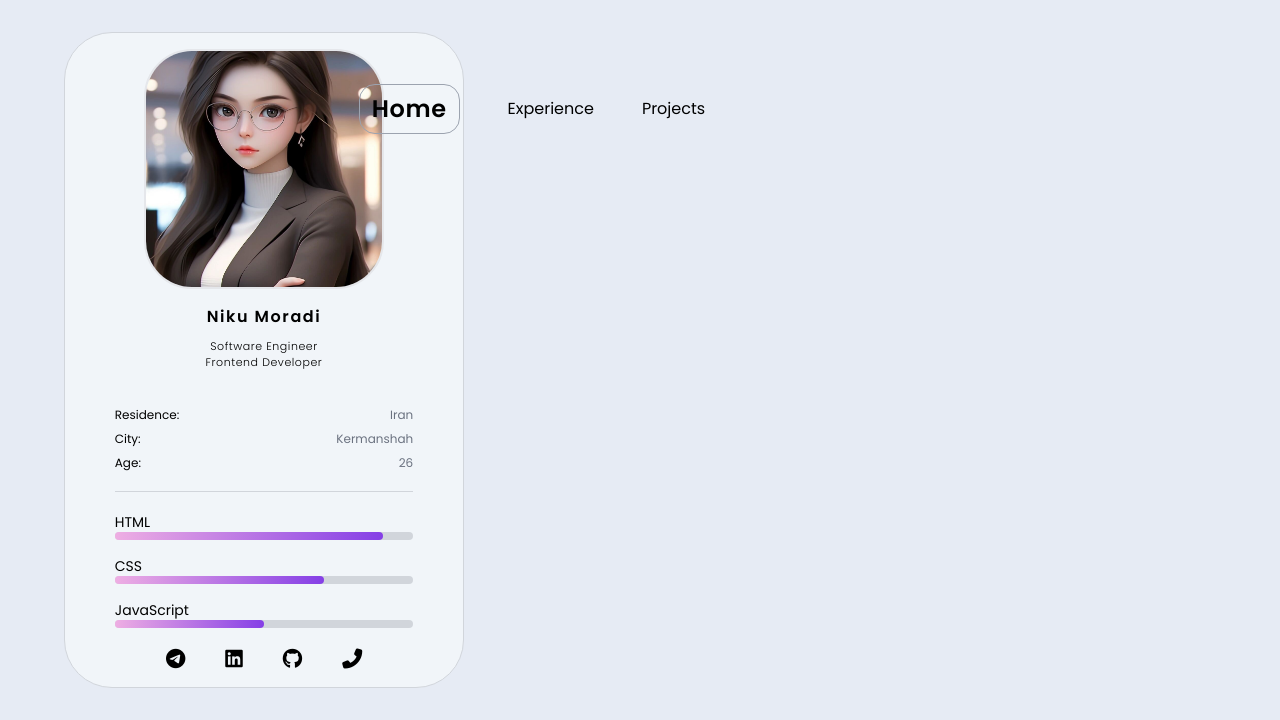
Repository: NikuMoradi/niku-moradi
Page: /
The author's editor kept a copy of each file at every save. The page is drawn from the files as they stood at one save, then again after the next save.
The browser window is 1280 px wide. The pictures show the whole page.
The project was rebuilt for these pictures with package versions that can differ from the ones it lists, and the page was loaded fresh each time. The framework's server and built-in components were replaced by stand-ins that run in the browser. Also part of the build but not shown: nuxt.config.ts, components/Blog Posts/Component-Design.vue, components/Blog.vue, components/Contact.vue, components/Education.vue, components/Experience.vue, components/Hero.vue, components/Menu.vue and 3 more.

Above is the page before, as saved 2024-12-01 11:28:41.

### assets/css/main.css
@tailwind base;
@tailwind components;
@tailwind utilities;
@layer base {
  body {
    background-color: #e6ebf4;
  }
}

@layer utilities {
  .bg-primary-gradient {
    background: linear-gradient(
      90deg,
      rgba(238, 174, 227, 1) 0%,
      rgb(133, 63, 230) 100%
    );
  }

  .text-primary-gradient {
    background: linear-gradient(
      90deg,
      rgba(238, 174, 227, 1) 0%,
      rgb(133, 63, 230) 100%
    );
  }
}

### components/LeftPanel.vue
<template>
  <div
    class="text-black w-[400px] flex flex-col items-center bg-slate-100 border border-gray-300 rounded-4xl"
    style="height: calc(100vh - 4rem)"
  >
    <!-- Header-->
    <div class="w-full py-4 flex flex-col items-center justify-center">
      <img
        src="../assets/img/photo_2024-11-28_10-37-05.jpg"
        alt="Profile Picture"
        class="w-60 h-60 mb-5 border-2 object-cover object-center rounded-4xl"
      />
      <h2
        class="text-[16px] font-semibold tracking-widest leading-[16.8px] mb-3"
      >
        Niku Moradi
      </h2>
      <p class="text-[11px] font-light tracking-wider leading-[16.5px]">
        Software Engineer
      </p>
      <p class="text-[11px] font-light tracking-wider leading-[16.5px]">
        Frontend Developer
      </p>
    </div>

    <!-- middle -->
    <div class="w-3/4 flex flex-col overflow-y-auto scrollbar-hide">
      <!-- table -->
      <div class="py-5 text-xs border-b border-gray-300 mb-5">
        <ul class="space-y-2">
          <li class="flex justify-between">
            <h6>Residence:</h6>
            <span class="text-gray-500">Iran</span>
          </li>
          <li class="flex justify-between">
            <h6>City:</h6>
            <span class="text-gray-500">Kermanshah</span>
          </li>
          <li class="flex justify-between">
            <h6>Age:</h6>
            <span class="text-gray-500">26</span>
          </li>
        </ul>
      </div>
      <!-- Skill Bars -->
      <div class="space-y-4 pb-5 border-b border-gray-300 mb-5">
        <div>
          <label class="block text-sm">HTML</label>
          <div class="w-full bg-gray-300 h-2 rounded-full">
            <div class="bg-primary-gradient h-2 rounded-full w-[90%]"></div>
          </div>
        </div>
        <div>
          <label class="block text-sm">CSS</label>
          <div class="w-full bg-gray-300 h-2 rounded-full">
            <div class="bg-primary-gradient h-2 rounded-full w-[70%]"></div>
          </div>
        </div>
        <div>
          <label class="block text-sm">JavaScript</label>
          <div class="w-full bg-gray-300 h-2 rounded-full">
            <div class="bg-primary-gradient h-2 rounded-full w-[50%]"></div>
          </div>
        </div>
        <div>
          <label class="block text-sm">Vue.js</label>
          <div class="w-full bg-gray-300 h-2 rounded-full">
            <div class="bg-primary-gradient h-2 rounded-full w-[50%]"></div>
          </div>
        </div>
        <div>
          <label class="block text-sm">Nuxt.js</label>
          <div class="w-full bg-gray-300 h-2 rounded-full">
            <div class="bg-primary-gradient h-2 rounded-full w-[40%]"></div>
          </div>
        </div>
        <div>
          <label class="block text-sm">Quasar</label>
          <div class="w-full bg-gray-300 h-2 rounded-full">
            <div class="bg-primary-gradient h-2 rounded-full w-[70%]"></div>
          </div>
        </div>
        <div>
          <label class="block text-sm">Tailwind</label>
          <div class="w-full bg-gray-300 h-2 rounded-full">
            <div class="bg-primary-gradient h-2 rounded-full w-[60%]"></div>
          </div>
        </div>
      </div>
      <!-- General Skills -->
      <ul
        class="text-gray-500 text-[11px] font-light tracking-wider space-y-2 mb-5"
      >
        <li class="flex items-center">
          <i class="fas fa-check fa-xs text-fuchsia-600 mr-2"></i>
          English Level B2
        </li>
        <li class="flex items-center">
          <i class="fas fa-check fa-xs text-fuchsia-600 mr-2"></i>
          Git Knowledge
        </li>
        <li class="flex items-center">
          <i class="fas fa-check fa-xs text-fuchsia-600 mr-2"></i>
          Design Patterns
        </li>
      </ul>
    </div>

    <!-- Social Links -->
    <div class="w-full py-4 text-center mt-auto">
      <div class="space-x-10">
        <a
          href="https://t.me/yourusername"
          target="_blank"
          class="hover:text-blue-400"
        >
          <i class="fab fa-telegram fa-lg"></i>
        </a>
        <a
          href="https://linkedin.com/in/yourusername"
          target="_blank"
          class="hover:text-blue-600"
        >
          <i class="fab fa-linkedin fa-lg"></i>
        </a>
        <a
          href="https://github.com/yourusername"
          target="_blank"
          class="hover:text-gray-700"
        >
          <i class="fab fa-github fa-lg"></i>
        </a>
        <a href="tel:+1234567890" class="hover:text-green-400">
          <i class="fas fa-phone-alt fa-lg"></i>
        </a>
      </div>
    </div>
  </div>
</template>

### components/Navbar.vue
<template>
  <div
    class="flex items-center px-3 py-1 space-x-12 fixed top-20 right-20 w-2/3"
  >
    <!-- About -->
    <div
      class="py-2 px-3 border border-gray-400 rounded-2xl font-semibold tracking-wide text-2xl"
    >
      <NuxtLink to="/about"> Home </NuxtLink>
    </div>

    <!-- Experience -->
    <NuxtLink to="/experience"> Experience </NuxtLink>

    <!-- Projects -->
    <NuxtLink to="/projects"> Projects </NuxtLink>

    <!-- Blog -->
  </div>
</template>

### layouts/default.vue
<template>
  <div class="w-6xl min-h-screen flex items-center px-16">
    <LeftPanel />
    <Navbar />
    <!-- Fixed Width Centered Card -->
    <!-- <div
      class="w-full max-w-5xl overflow-hidden z-10"
      style="height: calc(100vh)"
    > -->
    <!-- Scrollable Content -->
    <!-- <div class="overflow-y-auto h-full scrollbar-hide"> -->
    <NuxtPage />
    <!-- </div> -->
    <!-- </div> -->
  </div>
</template>

<style scoped></style>

### app.vue
<!-- The app.vue is just holding the layout container and serving as the root.
 The default.vue layout handles the overall structure of the page.
All content from your pages will automatically be placed inside the NuxtPage slot of the layout.-->
<template>
  <NuxtLayout />
</template>

### pages/index.vue
<template></template>

<style></style>

### tailwind.config.js
/** @type {import('tailwindcss').Config} */
export default {
  content: [
    "./components/**/*.{js,vue,ts}",
    "./layouts/**/*.vue",
    "./pages/**/*.vue",
    "./plugins/**/*.{js,ts}",
    "./app.vue",
    "./error.vue",
  ],
  theme: {
    extend: {
      fontFamily: {
        sans: ["Poppins", "sans-serif"],
      },
      borderRadius: {
        "4xl": "3rem", // Custom rounded size
      },
    },
  },
  plugins: [require("tailwind-scrollbar-hide")],
};

Loaded but not shown: plugins/aos.client.js (no copy from this time; the picture is the same without it)

After the next save:
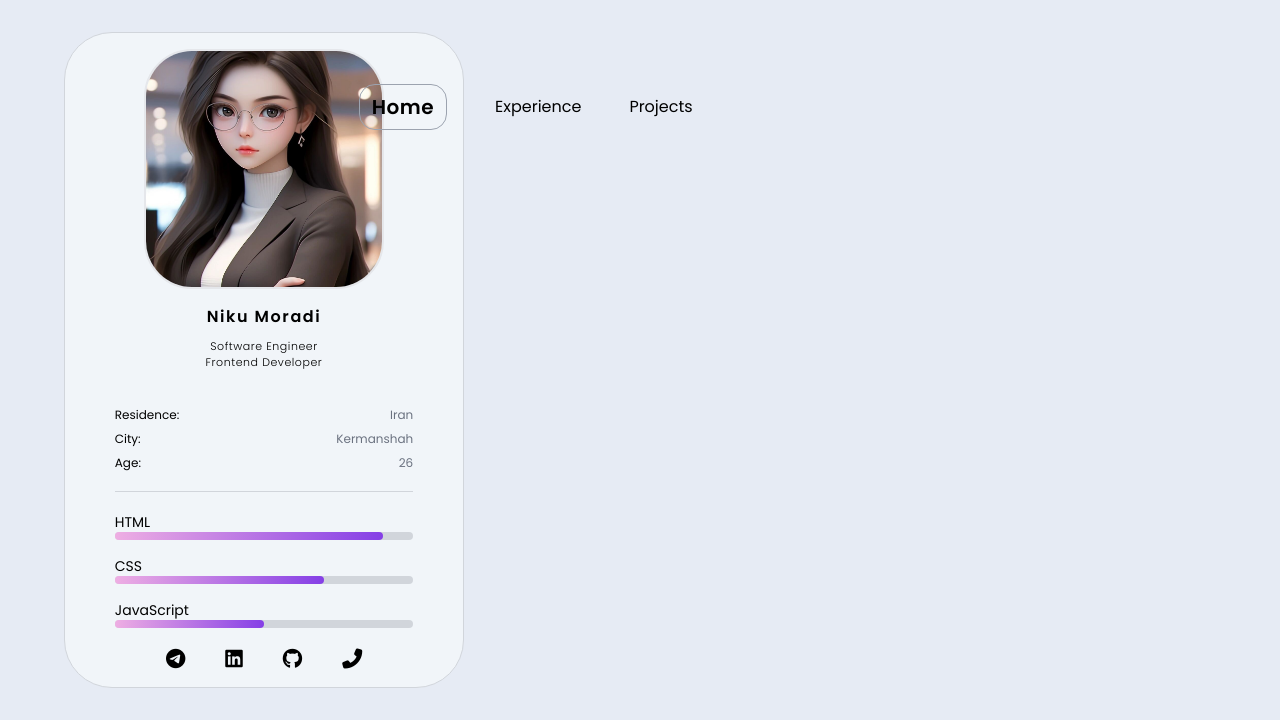
Saved 5 s later.
--- a/components/Navbar.vue
+++ b/components/Navbar.vue
@@ -4,7 +4,7 @@
   >
     <!-- About -->
     <div
-      class="py-2 px-3 border border-gray-400 rounded-2xl font-semibold tracking-wide text-2xl"
+      class="py-2 px-3 border border-gray-400 rounded-2xl font-semibold tracking-wide text-xl"
     >
       <NuxtLink to="/about"> Home </NuxtLink>
     </div>
